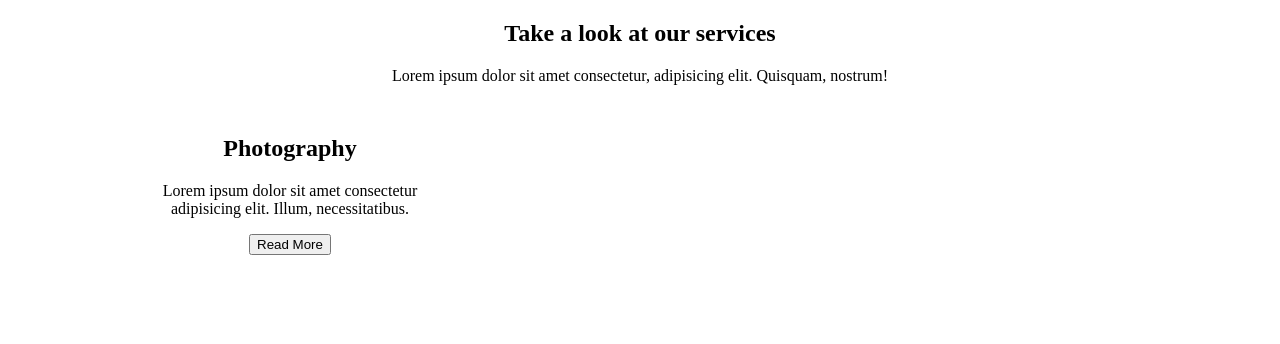
Repository: truongtn04/f8-fullstack-k5
Page: day05/ex03.html
These files come from the project's save history. The page is drawn as it stood at one moment and after the next save; the edit follows.
The browser window is 1280 px wide. The pictures show the whole page.

Above is the page before, as saved 2023-12-04 11:41:35.

### day05/ex03.html
<!DOCTYPE html>
<html lang="en">
<head>
    <meta charset="UTF-8">
    <meta name="viewport" content="width=device-width, initial-scale=1.0">
    <title>Document</title>
    <link rel="stylesheet" href="https://cdnjs.cloudflare.com/ajax/libs/font-awesome/6.5.1/css/all.min.css" integrity="sha512-DTOQO9RWCH3ppGqcWaEA1BIZOC6xxalwEsw9c2QQeAIftl+Vegovlnee1c9QX4TctnWMn13TZye+giMm8e2LwA==" crossorigin="anonymous" referrerpolicy="no-referrer" />
    <link rel="stylesheet" href="css/ex03.css">
</head>
<body>
    <section>
        <h1>Take a look at our services</h1>
        <p>Lorem ipsum dolor sit amet consectetur, adipisicing elit. Quisquam, nostrum!</p>
        <div class="list-products">
            <div class="item">
                <span></span>
                <h2>Photography</h2>
                <p>Lorem ipsum dolor sit amet consectetur adipisicing elit. Illum, necessitatibus.</p>
                <button>Read More</button>
            </div>
        </div>
    </section>
</body>
</html>

### day05/css/ex03.css
section{
    width: 1000px;
    margin: 0 auto;
    text-align: center;
}
.list-products{
    margin-top: 50px;
}
.item{
    width: 300px;
}

After the next save:
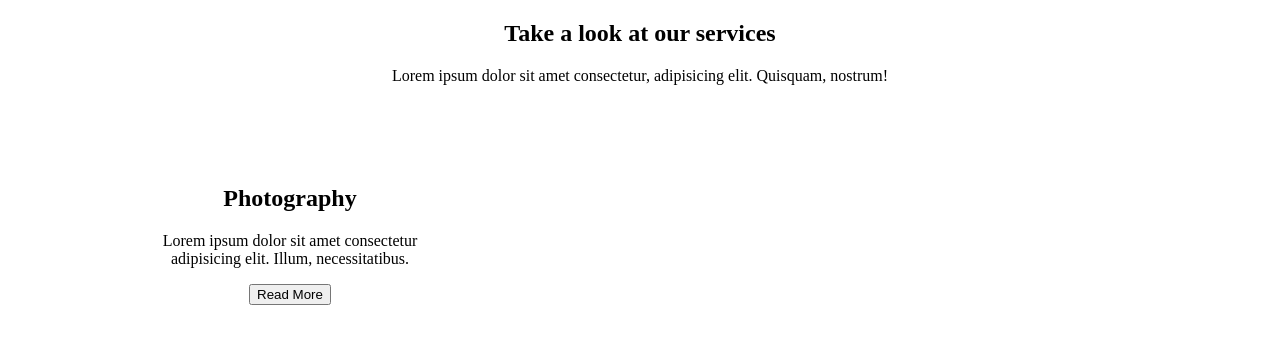
Saved 14 s later.
--- a/day05/css/ex03.css
+++ b/day05/css/ex03.css
@@ -4,7 +4,7 @@ section{
     text-align: center;
 }
 .list-products{
-    margin-top: 50px;
+    margin-top: 100px;
 }
 .item{
     width: 300px;
